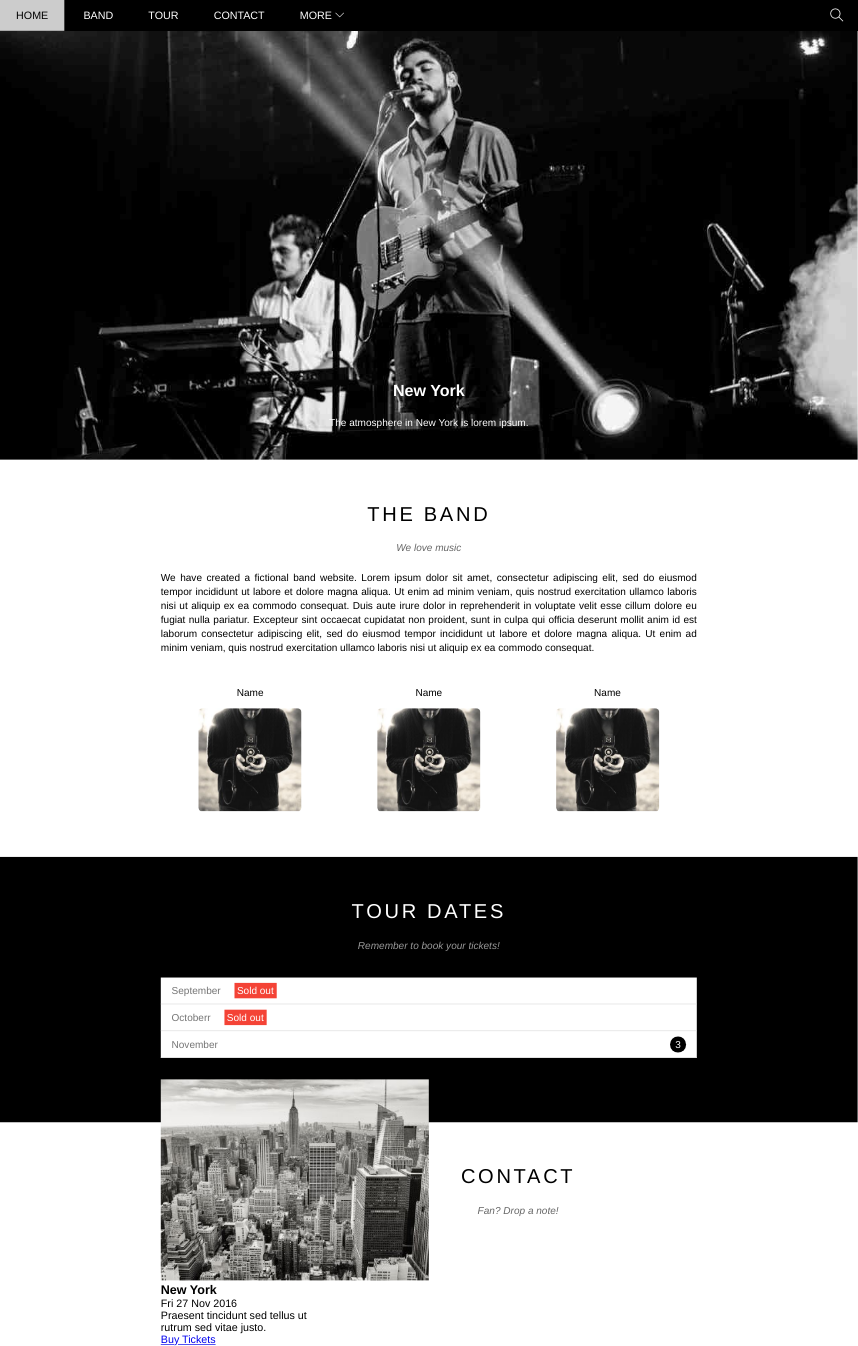
Repository: vophuocthanh/phuocthanhk03
Page: index.html
These files come from the project's save history. The page is drawn as it stood at one moment and after the next save; the edit follows.
The browser window is 1280 px wide. The pictures show the whole page, at 67% of full size.

Above is the page before, as saved 2022-03-25 20:31:11.

After the next save:
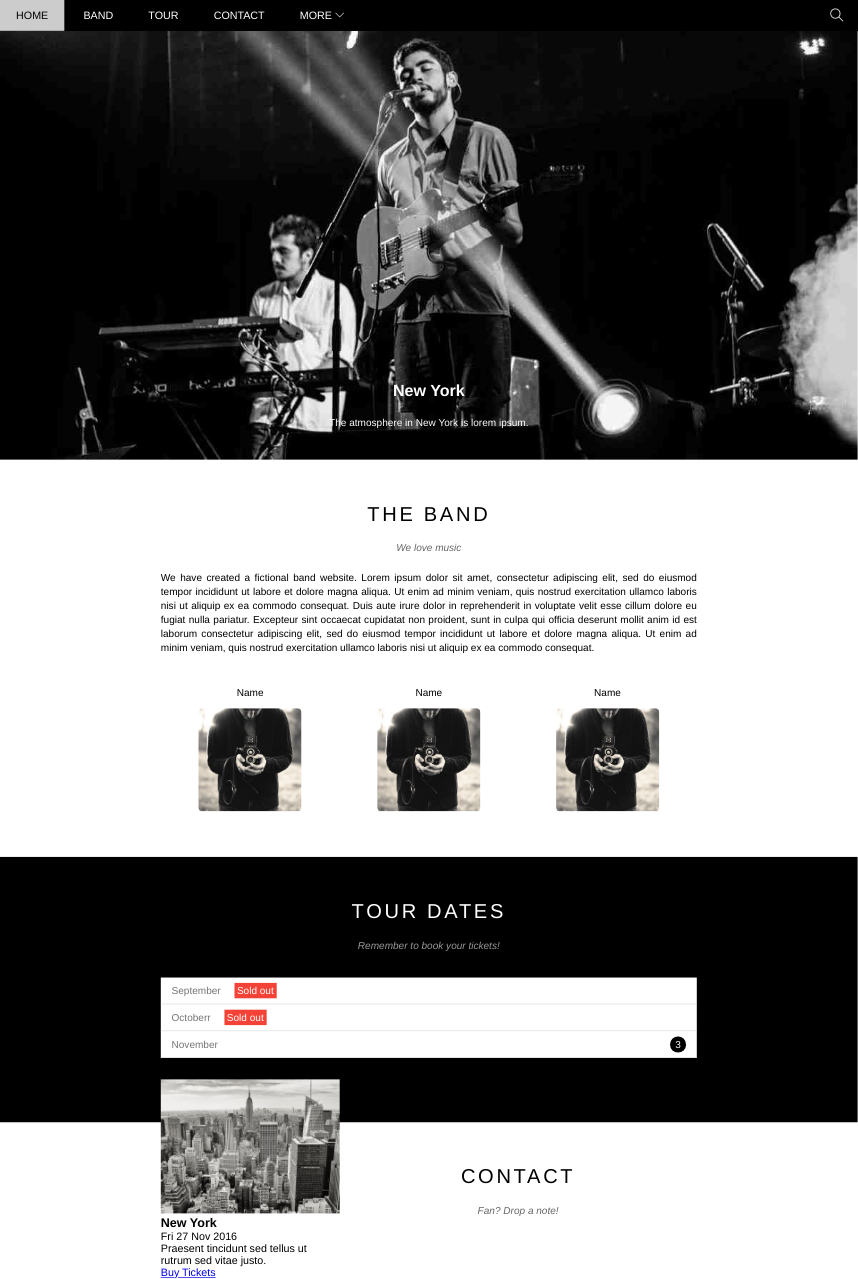
Saved 74 s later.
--- a/asset/css/style.css
+++ b/asset/css/style.css
@@ -247,7 +247,9 @@ html {
     width: 33.33333%;
 }
 
-.place-img {}
+.place-img {
+    width: 100%;
+}
 
 .place-body {}
 
